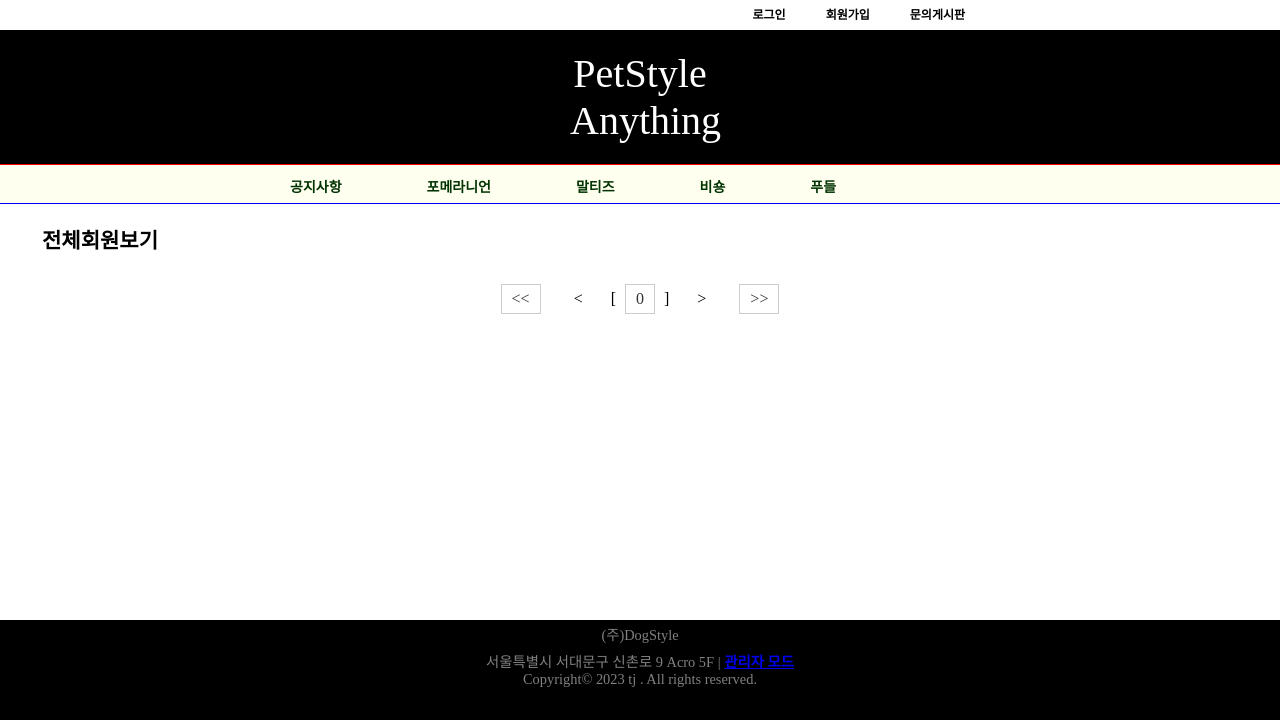
Repository: kdkk2000/Project
Page: http://localhost/petstyle/admin/allUser.jsp
These files come from the project's save history. The page is drawn as it stood at one moment and after the next save; the edit follows.
The browser window is 1280 px wide. The pictures show the whole page.
The page is served by Tomcat 9. Other server files are loaded and not shown. The template is opened directly, without the code that normally fills it, so the values that code supplies are empty.

Above is the page before, as saved 2023-03-29 07:39:52.

### petstyle/WebContent/admin/allUser.jsp
<%@ page language="java" contentType="text/html; charset=UTF-8"
    pageEncoding="UTF-8"%>
<%@ taglib prefix="c" uri="http://java.sun.com/jsp/jstl/core" %>
<%@ taglib prefix="fmt" uri="http://java.sun.com/jsp/jstl/fmt"%>
<c:set var="conPath" value="${pageContext.request.contextPath }"/>

<!DOCTYPE html>
<html>
<head>
	<meta charset="UTF-8">
	<title>Insert title here</title>
	<link href="${conPath }/css/allUser.css" rel="stylesheet">
</head>
<body>
	<c:if test="${not empty adminLoginResult }">
		<script>
			alert('${adminLoginResult}');
		</script>
	</c:if>
	<c:if test="${not empty adminLoginErrorMsg }">
		<script>
			alert('${adminLoginErrorMsg}');
			history.back();
		</script>
	</c:if>
	<jsp:include page="../main/header.jsp"/>
	<div id="content_form">
		<table>
			<caption>전체회원보기</caption>
			<tr>
				<c:forEach var="dto" items="${users }">
					<td>
						<p>
							${dto.userName }<br>
							(${dto.userId })
						</p>
					</td>
				</c:forEach>
			</tr>
		</table>
		<p class="paging">
			<a href="${conPath }/allUser.do?pageNum=1">&lt;&lt;</a>
			&nbsp; &nbsp; &nbsp;
			<c:if test="${BLOCKSIZE < startPage}">
				<a href="${conPath }/allUser.do?pageNum=${startPage-1}">&lt;</a>
			</c:if>
			<c:if test="${BLOCKSIZE >= startPage }">
				&lt;
			</c:if>
			&nbsp; &nbsp; &nbsp;
			<c:forEach var="i" begin="${startPage }" end="${endPage }">
				<c:if test="${i eq pageNum }">
					[ <b> ${i } </b> ]
				</c:if>
				<c:if test="${i != pageNum }">
					[ <a href="${conPath }/allUser.do?pageNum=${i }"> ${i } </a> ]
				</c:if>
			</c:forEach>
			&nbsp; &nbsp; &nbsp;
			<c:if test="${endPage < pageCnt }">
				<a href="${conPath }/allUser.do?pageNum=${endPage+1 }">&gt;</a>
			</c:if>
			<c:if test="${endPage == pageCnt }">
				&gt;
			</c:if>
			&nbsp; &nbsp; &nbsp;
			<a href="${conPath }/allUser.do?pageNum=${pageCnt }">&gt;&gt;</a>
		</p>
	</div>
	<jsp:include page="../main/footer.jsp"/>
</body>
</html>

### petstyle/WebContent/main/header.jsp
<%@ page language="java" contentType="text/html; charset=UTF-8"
    pageEncoding="UTF-8"%>
<%@taglib prefix="c" uri="http://java.sun.com/jsp/jstl/core"%>
<%@taglib prefix="fmt" uri="http://java.sun.com/jsp/jstl/fmt" %>
<c:set var="conPath" value="${pageContext.request.contextPath }"/>
<!DOCTYPE html>
<html>
<head>
	<meta charset="UTF-8">
	<title>Insert title here</title>
<style>
	*{padding:0; margin: 0;}
	header {
		background-color: black; font-size: 10pt; color: white;
	}
	header a {text-decoration: none; font-weight: bold;}
	header li {list-style: none;}
	header .gnb {
	    width: 100%;
	    background-color: white;
	    margin-left: auto;
	}
	header .gnb ul {
		overflow: hidden;
		width:700px;
		height: 30px;
		line-height: 30px;
		margin: 0 auto;
	}
	header .gnb ul li {	float: right; margin-right:10px;}
	header .gnb a {
		color : black;
		font-size: 0.9em;
		display: block;
		padding-left:15px;
		padding-right:15px;
	}
	header .gnb a:hover {
		font-size: 1.2em;
  		background-color: black;
  		color: white;
	}

	header .logo{
		width:140px; text-align:center;
		margin: 20px auto; font-size:3em;
		cursor: pointer;
	}
	header .lnb {
		background-color: ivory;
	  	width: 100%; height: 40px;
	  	border-top: 1px solid red;
		border-bottom: 1px solid blue;
		position:relative; /*서브메뉴가 main영역 위로 */
	}
	header .lnb ul{
		text-align:center;
		overflow: hidden;
		width:800px;
		margin: 0 auto;
	}
	header .lnb ul>li {
		font-weight: bold;
		font-size: 14px;
		margin: 5px;
		margin-left: 20px;
		float:left;
		padding:5px 30px;
		line-height: 25px;
	}
	header .lnb li:hover {
  		background-color: black;
  		color: white;
	}
	header .lnb a {
		color : white;
		font-size: 0.9em;
		display: block;
		padding-left:15px;
		padding-right:15px;
	}
	header .lnb a:hover {
  		background-color: yellow;
  		color: black;
	}
	header .lnb li {color: #003300;}
	header .lnb ul li .subMenu {display:none;}
	header .lnb ul li:hover .subMenu {display: block; margin: 10px 0 0 0;}
</style>
</head>
<body>
<header>
	<c:if test="${empty user and empty admin}"> <%-- 로그인 전 화면 --%>
		<div class="gnb">
			<ul>
				<li><a href="${conPath }/boardList.do">문의게시판</a></li>
				<li><a href="${conPath }/joinView.do">회원가입</a></li>
				<li><a href="${conPath }/loginView.do">로그인</a></li>
			</ul>
		</div>
		<div class="logo" onclick="location.href='${conPath}/main.do'">
			PetStyle Anything
		</div>
		<div class="lnb">
			<ul>
				<li>공지사항
					<ol class="subMenu">
						<li><a href="${conPath }/noticeList.do">공지사항</a></li>
					</ol>
				</li>
				<li>포메라니언
					<ol class="subMenu">
						<li><a href="../fileBoardUp/dog.jpg">곰돌이컷</a></li>
						<li><a href="#">물개컷</a></li>
						<li><a href="#">포메컷</a></li>
						<li><a href="#">라이언컷</a></li>
						<li><a href="#">풀코트</a></li>
					</ol>
				</li>
				<li>말티즈
					<ol class="subMenu">
						<li><a href="#">알밤컷</a></li>
						<li><a href="#">곰돌이컷</a></li>
						<li><a href="#">베이비컷 </a></li>
						<li><a href="#">무스타슈 </a></li>
					</ol>
				</li>
				<li>비숑
					<ol class="subMenu">
						<li><a href="#">하이바컷</a></li>
						<li><a href="#">귀툭튀컷</a></li>
					</ol>
				</li>
				<li>푸들
					<ol class="subMenu">
						<li><a href="#">양컷</a></li>
						<li><a href="#">몽키컷</a></li>
						<li><a href="#">브로콜리컷</a></li>
						<li><a href="#">테디베어컷</a></li>
						<li><a href="#">귀똑컷</a></li>
					</ol>
				</li>
			</ul>
		</div>
	</c:if>
	<c:if test="${not empty user and empty admin}"> <%-- 사용자 모드 로그인 화면--%>
		<div class="gnb">
			<ul>
				<li><a href="${conPath }/boardList.do">문의게시판</a></li>
				<li><a href="${conPath }/logout.do">로그아웃</a></li>
				<li><a href="${conPath }/modifyView.do">정보수정</a></li>
				<li><a>${user.userName }님 &nbsp; ▶</a></li>
			</ul>
		</div>
		<div class="logo" onclick="location.href='${conPath}/main.do'">
			PetStyle Anything
		</div>
		<div class="lnb">
			<ul>
				<li>공지사항
					<ol class="subMenu">
						<li><a href="${conPath }/noticeList.do">공지사항</a></li>
					</ol>
				</li>
				<li>포메라니언
					<ol class="subMenu">
						<li><a href="#">곰돌이컷</a></li>
						<li><a href="#">물개컷</a></li>
						<li><a href="#">포메컷</a></li>
						<li><a href="#">라이언컷</a></li>
						<li><a href="#">풀코트컷</a></li>
					</ol>
				</li>
				<li>말티즈
					<ol class="subMenu">
						<li><a href="#">알밤컷</a></li>
						<li><a href="#">곰돌이컷</a></li>
						<li><a href="#">베이비컷 </a></li>
						<li><a href="#">무스타슈컷 </a></li>
					</ol>
				</li>
				<li>비숑
					<ol class="subMenu">
						<li><a href="#">하이바컷</a></li>
						<li><a href="#">귀툭튀컷</a></li>
					</ol>
				</li>
				<li>푸들
					<ol class="subMenu">
						<li><a href="#">양컷</a></li>
						<li><a href="#">몽키컷</a></li>
						<li><a href="#">브로콜리컷</a></li>
						<li><a href="#">테디베어컷</a></li>
						<li><a href="#">귀똑컷</a></li>
					</ol>
				</li>
			</ul>
		</div>
	</c:if>
	<c:if test="${empty user and not empty admin}"> <%-- 관리자 모드 로그인 화면--%>
		<div class="gnb">
			<ul>
				<li><a href="${conPath }/boardList.do">문의게시판</a></li>
				<li><a href="${conPath }/logout.do">관리자모드나가기</a></li>
				<li><a href="${conPath }/adminModify.do">정보수정</a></li>
				<li><a>${admin.adminName }님 &nbsp; ▶</a></li>
			</ul>
		</div>
		<div class="logo" onclick="location.href='${conPath}/main.do'">
			PetStyle Anything
		</div>
		<div class="lnb">
			<ul>
				<li>공지사항
					<ol class="subMenu">
						<li><a href="${conPath }/noticeList.do">공지사항</a></li>
					</ol>
				</li>
				<li>회원 리스트
					<ol class="subMenu">
						<li><a href="${conPath }/allUser.do">회원 리스트</a></li>
					</ol>
				</li>
				<li>관리자 메모장
					<ol class="subMenu">
						<li><a href="#">관리자 메모장</a></li>
					</ol>
				</li>
			</ul>
		</div>
	</c:if>
</header>
</body>
</html>

### petstyle/WebContent/main/footer.jsp
<%@ page language="java" contentType="text/html; charset=UTF-8"
    pageEncoding="UTF-8"%>
<%@taglib prefix="c" uri="http://java.sun.com/jsp/jstl/core"%>
<%@taglib prefix="fmt" uri="http://java.sun.com/jsp/jstl/fmt" %>
<c:set var="conPath" value="${pageContext.request.contextPath }"/>
<!DOCTYPE html>
<html>
<head>
<meta charset="UTF-8">
<title>Insert title here</title>
	<style>
	footer {
		position: fixed;
		bottom: 0;
		height: 100px;
		background-color: black;
		width: 100%;
	}

	#footer_conts {
		color: gray;
		font-size: 0.9em;
		text-align: center;
		margin: 0 auto;
		width: 80%;
	}

	#footer_conts p:first-child {
		height: 30px;
		line-height: 30px;
	}
</style>
</head>
<body>
	<footer>
		<div id="footer_conts">
			<p>(주)DogStyle</p>
			<p>서울특별시 서대문구 신촌로 9 Acro 5F | <b><a href="${conPath }/adminLoginView.do">관리자 모드</a></b></p>
			<p>Copyright© 2023 tj . All rights reserved.</p>
		</div>
	</footer>
</body>
</html>

### petstyle/WebContent/css/allUser.css
@charset "UTF-8";

* {
	box-sizing: border-box;
  	margin: 0 auto;
	padding: 0;
	text-align: center;
}

table {
	width: 200px;
  	border-collapse: collapse;
  	margin: 20px 0;
  	font-size: 14px;
  	text-align: center;
}

table caption {
  	font-size: 1.5em;
  	font-weight: bold;
  	margin-bottom: 10px;
  	text-align: center;
}

table td {
  	padding: 10px;
  	border: 1px solid #ccc;
}

table td p {
  	margin: 0;
}

.paging {
  	text-align: center;
  	margin: 20px 0;
}

.paging a {
  	display: inline-block;
  	padding: 5px 10px;
  	border: 1px solid #ccc;
  	margin: 0 5px;
  	color: #333;
  	text-decoration: none;
}

.paging a:hover {
  	background-color: #f4f4f4;
}

.paging b {
  	font-weight: bold;
}

After the next save:
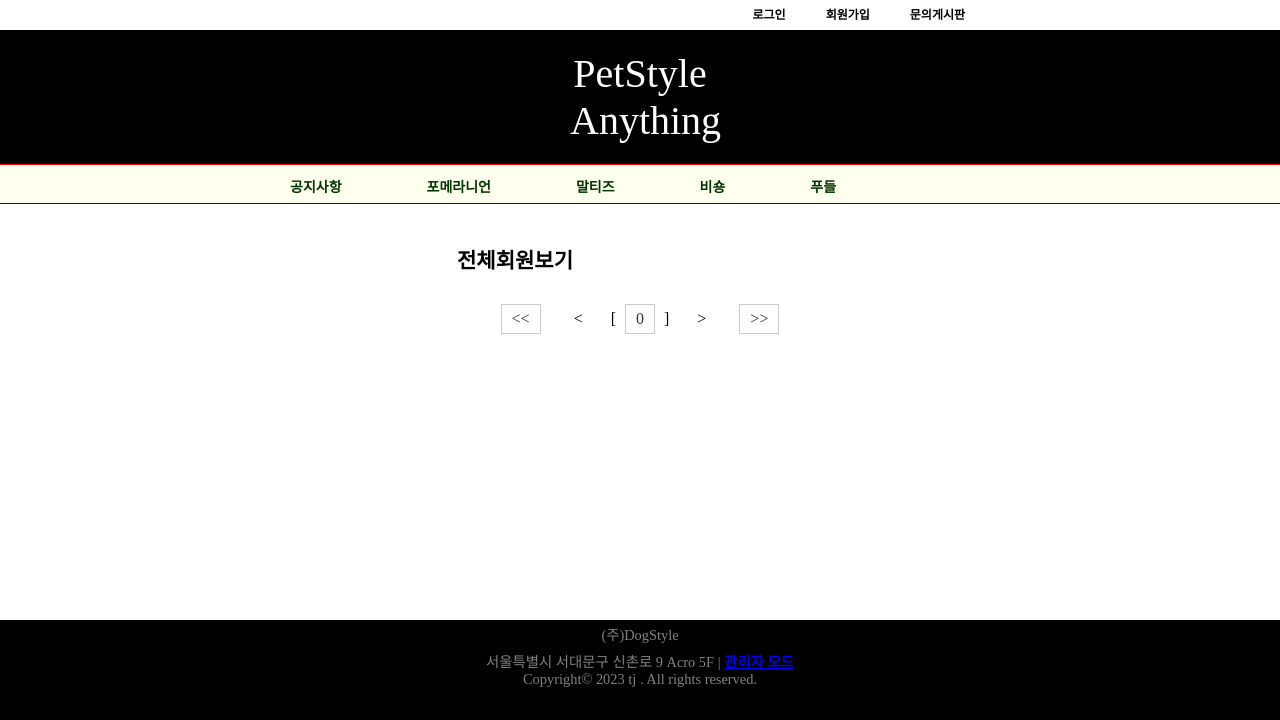
Saved 22 s later.
--- a/petstyle/WebContent/css/allUser.css
+++ b/petstyle/WebContent/css/allUser.css
@@ -5,6 +5,11 @@
   	margin: 0 auto;
 	padding: 0;
 	text-align: center;
+}
+
+#content_form {
+  	margin: 40px auto;
+  	width: 450px;
 }
 
 table {
